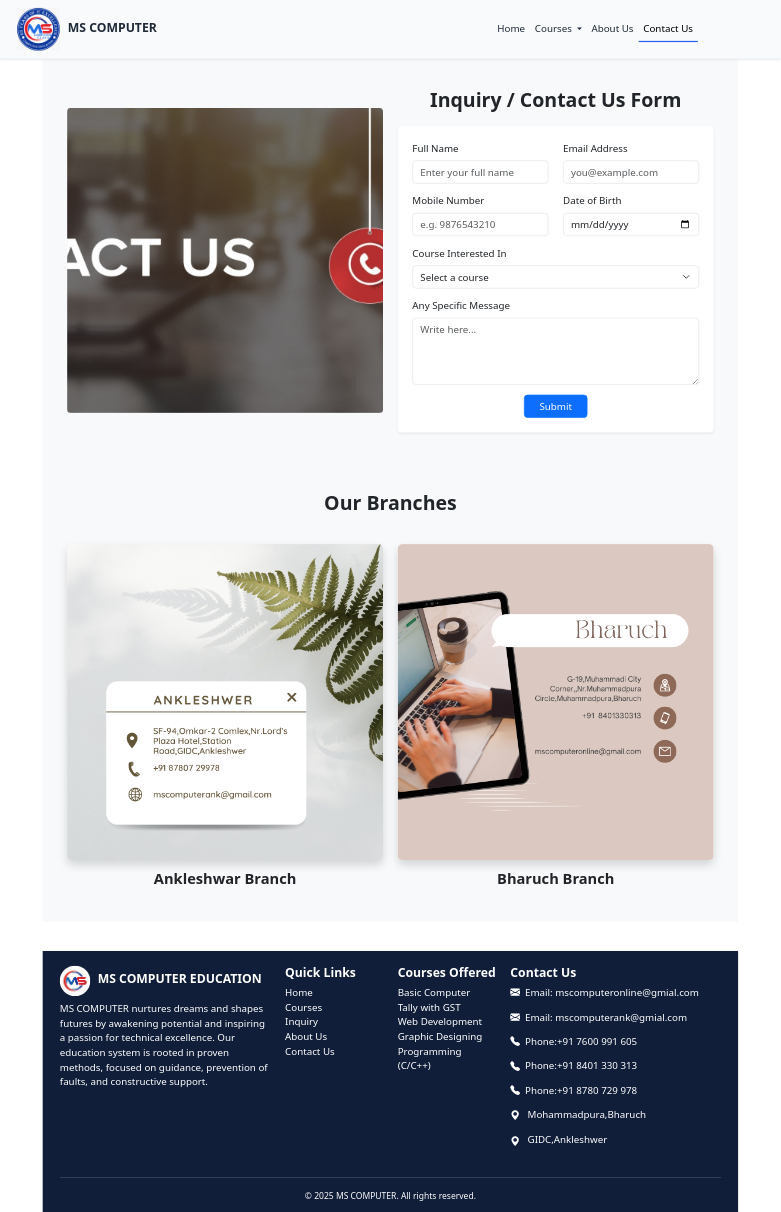
Repository: mscomputer2025/mscomputer
Page: http://localhost/contactus
The author's editor kept a copy of each file at every save. The page is drawn from the files as they stood at one save, then again after a run of saves.
The browser window is 1280 px wide. The pictures show the whole page, at 61% of full size.
Some web fonts or font styles are not loaded; a fallback is used. The page is served by the project's Laravel application, run on PHP 8.4 with Laravel 12. Queries for data that is not in the repository find no rows.

Above is the page before, as saved 2025-07-02 20:57:31.

After the next 4 saves:
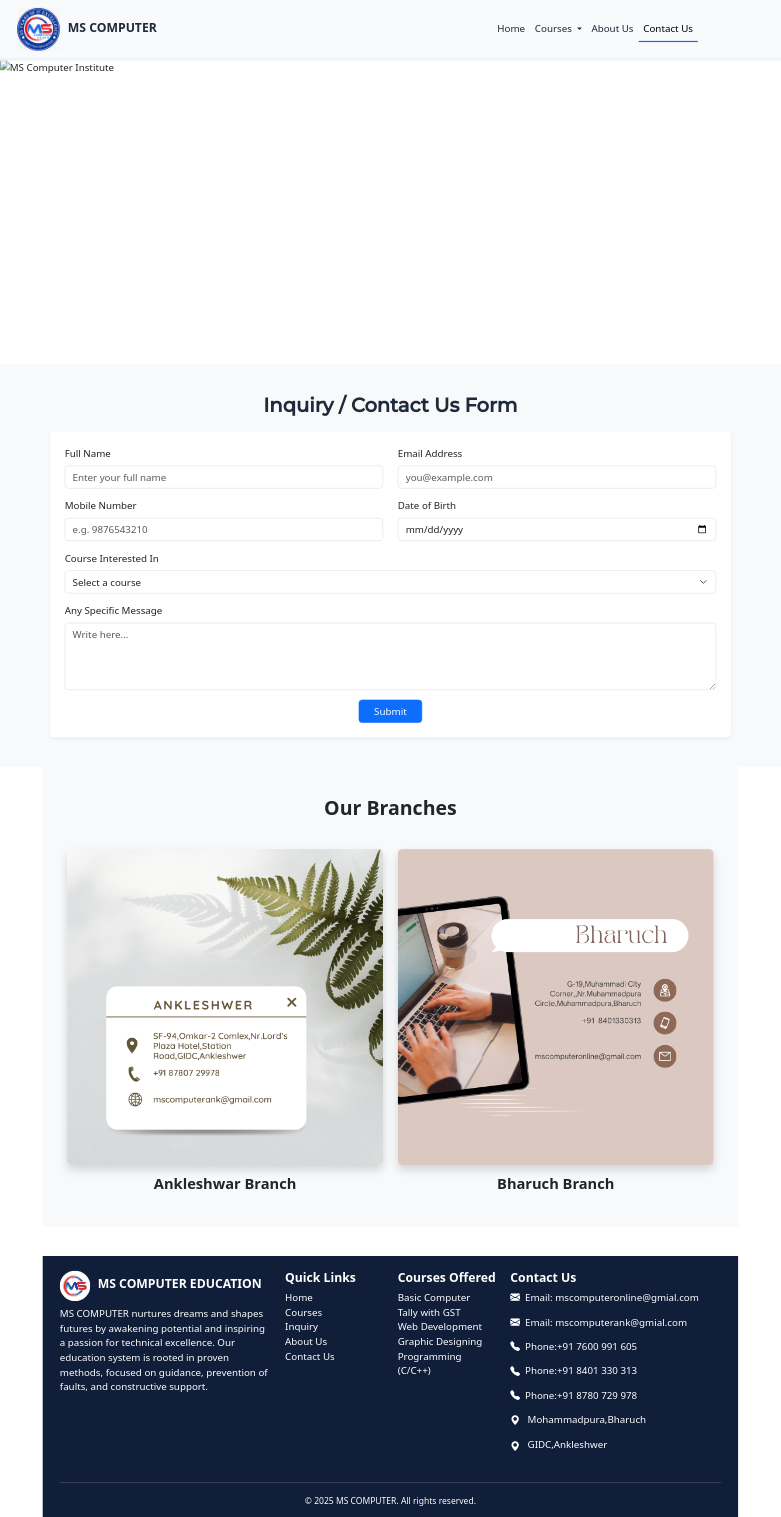
The 4 saves are shown as one change because they came seconds apart.
The last was saved 14 s later.
--- a/resources/views/contactus.blade.php
+++ b/resources/views/contactus.blade.php
@@ -4,82 +4,78 @@
 
 @section('content')
 
-    <div class="container py-5 bg-light">
-        <div class="row align-items-center mx-3">
-            <div class="col-lg-6 mb-4 mb-lg-0">
-                <div class="contact-banner position-relative">
-                    <img src="{{ asset('images/contact-banner.jpg') }}" alt="MS Computer Institute"
-                        class="img-fluid rounded shadow-sm w-100 h-100 object-fit-cover" style="max-height: 500px;">
+    <div class="contact-banner position-relative">
+        <img src="{{ asset('images/contact.png') }}" alt="MS Computer Institute" class="w-100 h-100 object-fit-cover">
+    </div>
+
+    <section class="py-5 bg-light">
+        <div class="container">
+            <h2 class="fw-bold text-center mb-4">Inquiry / Contact Us Form</h2>
+
+            <form class="bg-white p-4 rounded shadow-sm">
+                <div class="row mb-3">
+                    <div class="col-md-6 mb-3 mb-md-0">
+                        <label for="name" class="form-label">Full Name</label>
+                        <input type="text" class="form-control" id="name" placeholder="Enter your full name">
+                    </div>
+                    <div class="col-md-6">
+                        <label for="email" class="form-label">Email Address</label>
+                        <input type="email" class="form-control" id="email" placeholder="you@example.com">
+                    </div>
                 </div>
-            </div>
-            <div class="col-lg-6">
-                <h2 class="fw-bold text-center mb-4">Inquiry / Contact Us Form</h2>
 
-                <form class="bg-white p-4 rounded shadow-sm">
-                    <div class="row mb-3">
-                        <div class="col-md-6 mb-3 mb-md-0">
-                            <label for="name" class="form-label">Full Name</label>
-                            <input type="text" class="form-control" id="name" placeholder="Enter your full name">
-                        </div>
-                        <div class="col-md-6">
-                            <label for="email" class="form-label">Email Address</label>
-                            <input type="email" class="form-control" id="email" placeholder="you@example.com">
-                        </div>
+                <div class="row mb-3">
+                    <div class="col-md-6 mb-3 mb-md-0">
+                        <label for="phone" class="form-label">Mobile Number</label>
+                        <input type="tel" class="form-control" id="phone" placeholder="e.g. 9876543210">
                     </div>
+                    <div class="col-md-6">
+                        <label for="dob" class="form-label">Date of Birth</label>
+                        <input type="date" class="form-control" id="dob">
+                    </div>
+                </div>
 
-                    <div class="row mb-3">
-                        <div class="col-md-6 mb-3 mb-md-0">
-                            <label for="phone" class="form-label">Mobile Number</label>
-                            <input type="tel" class="form-control" id="phone" placeholder="e.g. 9876543210">
-                        </div>
-                        <div class="col-md-6">
-                            <label for="dob" class="form-label">Date of Birth</label>
-                            <input type="date" class="form-control" id="dob">
-                        </div>
-                    </div>
+                <div class="mb-3">
+                    <label for="course" class="form-label">Course Interested In</label>
+                    <select class="form-select" id="course">
+                        <option selected disabled>Select a course</option>
+                        <option>Basic Computer Course</option>
+                        <option>Financial Accounting</option>
+                        <option>DTP</option>
+                        <option>Microsoft Office</option>
+                        <option>Web Development</option>
+                        <option>Graphic Design</option>
+                    </select>
+                </div>
 
-                    <div class="mb-3">
-                        <label for="course" class="form-label">Course Interested In</label>
-                        <select class="form-select" id="course">
-                            <option selected disabled>Select a course</option>
-                            <option>Basic Computer Course</option>
-                            <option>Financial Accounting</option>
-                            <option>DTP</option>
-                            <option>Microsoft Office</option>
-                            <option>Web Development</option>
-                            <option>Graphic Design</option>
-                        </select>
-                    </div>
+                <div class="mb-3">
+                    <label for="message" class="form-label">Any Specific Message</label>
+                    <textarea class="form-control" id="message" rows="4" placeholder="Write here..."></textarea>
+                </div>
 
-                    <div class="mb-3">
-                        <label for="message" class="form-label">Any Specific Message</label>
-                        <textarea class="form-control" id="message" rows="4" placeholder="Write here..."></textarea>
-                    </div>
+                <div class="text-center">
+                    <button type="submit" class="btn btn-primary px-4">Submit</button>
+                </div>
+            </form>
+        </div>
+    </section>
+   <div class="container py-5 bg-light">
+    <h2 class="fw-bold text-center mb-5">Our Branches</h2>
+    <div class="row justify-content-center g-4 mx-3">
+        <!-- Ankleshwar Branch -->
+        <div class="col-md-6 text-center">
+            <img src="{{ asset('images/ankleshwer_branch.png') }}" alt="Ankleshwar Branch"
+                class="img-fluid rounded-3 shadow" >
+            <h4 class="fw-semibold mt-3">Ankleshwar Branch</h4>
+        </div>
 
-                    <div class="text-center">
-                        <button type="submit" class="btn btn-primary px-4">Submit</button>
-                    </div>
-                </form>
-            </div>
+        <!-- Bharuch Branch -->
+        <div class="col-md-6 text-center">
+            <img src="{{ asset('images/bharuch_branch.png') }}" alt="Bharuch Branch"
+                class="img-fluid rounded-3 shadow" >
+            <h4 class="fw-semibold mt-3">Bharuch Branch</h4>
         </div>
     </div>
-
-    <div class="container py-5 bg-light">
-        <h2 class="fw-bold text-center mb-5">Our Branches</h2>
-        <div class="row justify-content-center g-4 mx-3">
-            <!-- Ankleshwar Branch -->
-            <div class="col-md-6 text-center">
-                <img src="{{ asset('images/ankleshwer_branch.png') }}" alt="Ankleshwar Branch"
-                    class="img-fluid rounded-3 shadow">
-                <h4 class="fw-semibold mt-3">Ankleshwar Branch</h4>
-            </div>
-
-            <!-- Bharuch Branch -->
-            <div class="col-md-6 text-center">
-                <img src="{{ asset('images/bharuch_branch.png') }}" alt="Bharuch Branch" class="img-fluid rounded-3 shadow">
-                <h4 class="fw-semibold mt-3">Bharuch Branch</h4>
-            </div>
-        </div>
-    </div>
+</div>
 
 @endsection
